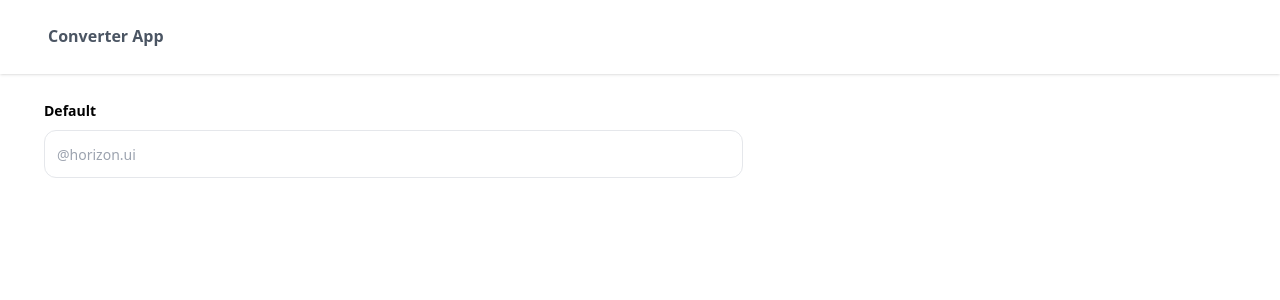
Repository: mikelCabezas/angular-exercices
Page: / (app in converter/)
These files come from the project's save history. The page is drawn as it stood at one moment and after the next save; the edit follows.
The browser window is 1280 px wide. The pictures show the whole page.
The project was rebuilt for these pictures with package versions that can differ from the ones it lists, and the page was loaded fresh each time. Some packages were replaced by stand-ins written for this rebuild. Also part of the build but not shown: converter/angular.json.

Above is the page before, as saved 2023-09-15 18:03:02.

After the next save:
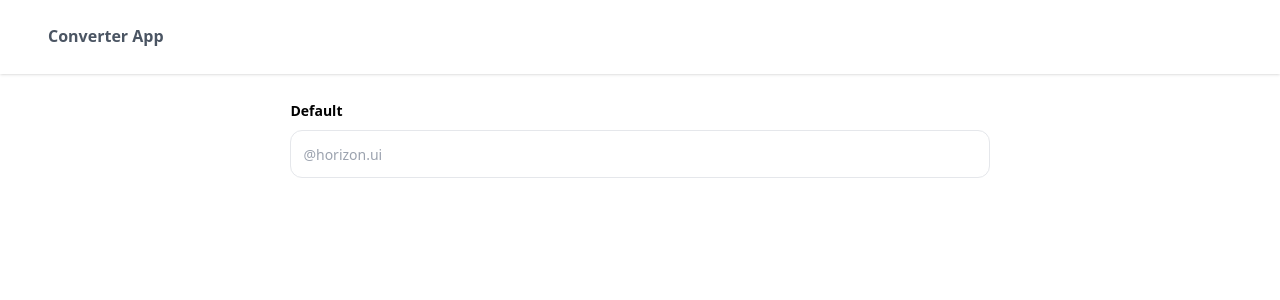
Saved 7 s later.
--- a/converter/src/app/components/converter/converter.component.html
+++ b/converter/src/app/components/converter/converter.component.html
@@ -1,4 +1,4 @@
-<div class="container mx-auto p-6">
+<div class="container mx-auto p-6 flex justify-center">
     <div class="row w-3/5">
         <div class="col px-5">
             <div class="mb-3">
